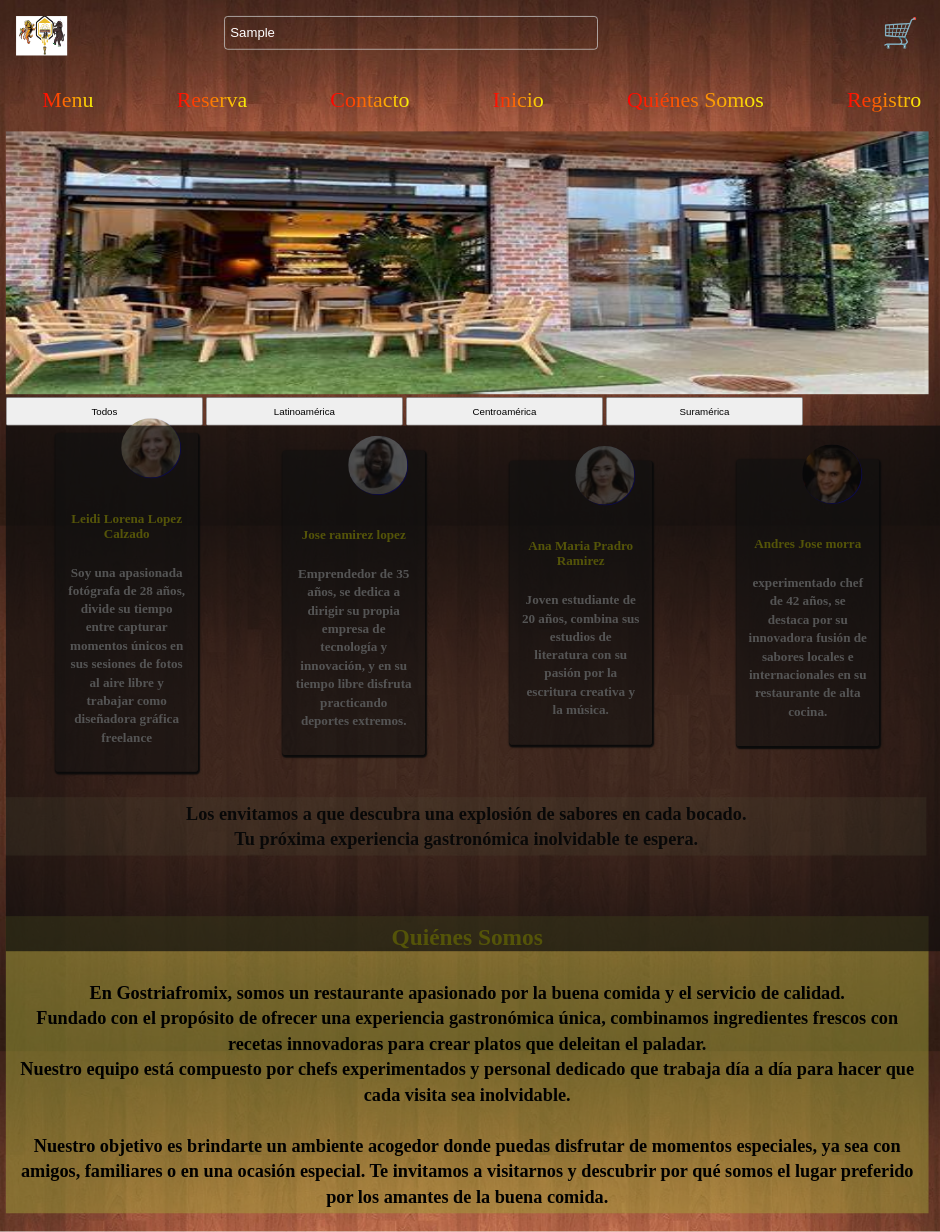
Repository: ye909/app_restaurante
Page: index.html
The author's editor kept a copy of each file at every save. The page is drawn from the files as they stood at one save, then again after the next save.
The browser window is 1280 px wide. The page is 1288 px wide, then 1280 px, then 1288 px, so the pictures cover 1288 px, including what lies to the right of the window. The pictures show the whole page, at 73% of full size.
Empty fields were first filled with sample values (such as "Sample", 5 or name@example.com).
After loading, the first visible `#menu-btn` was clicked once.
Backgrounds fixed to the window are drawn as part of the page.

Above is the page before, as saved 2025-01-12 08:41:12.
Console error: ReferenceError: menuItems is not defined

After the next save:
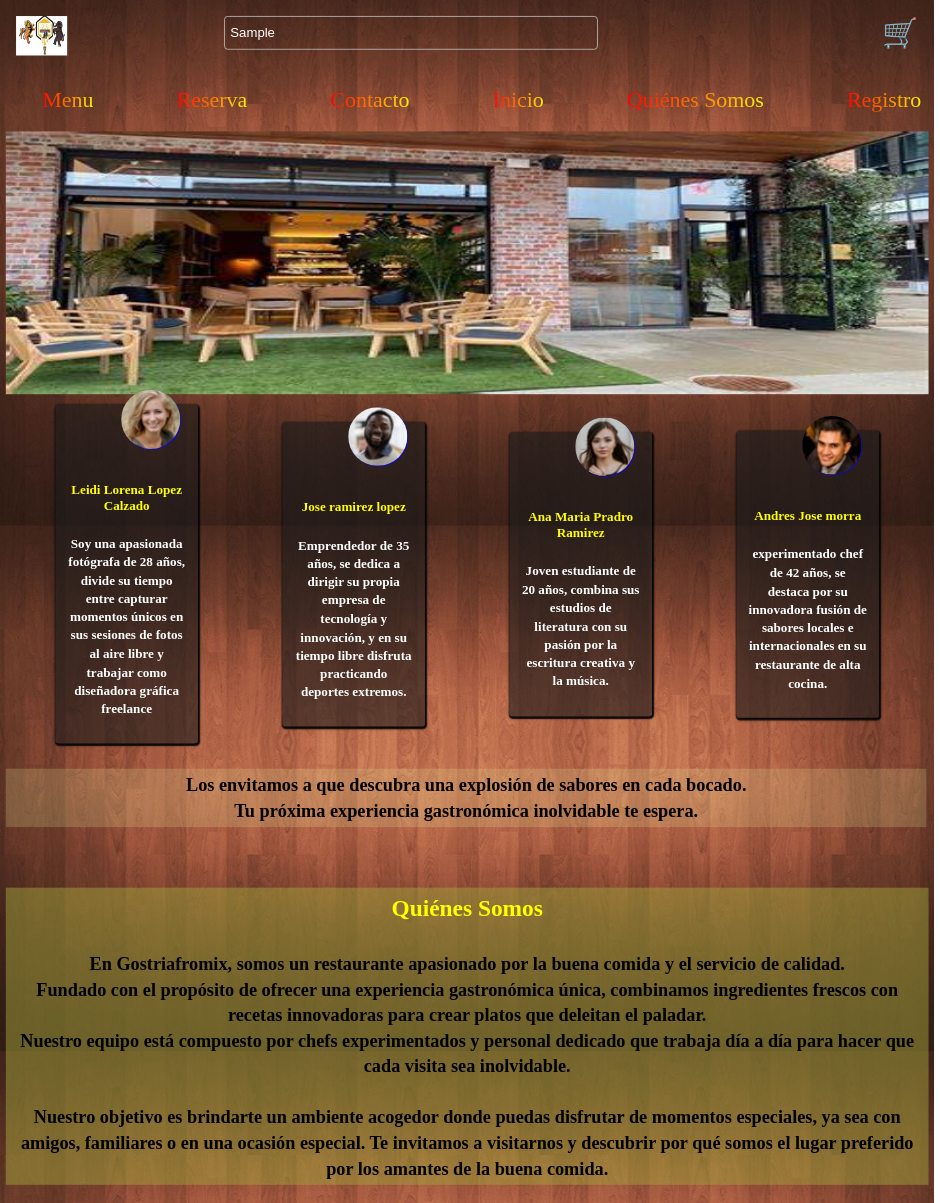
Saved 76 s later.
--- a/js/script.js
+++ b/js/script.js
@@ -7,7 +7,7 @@
   const menuItemsContainer = document.getElementById("menu-items");
   const cartItemsContainer = document.getElementById("cart-items");
   const cartTotal = document.getElementById("cart-total");
-
+  const  imgRestaurante = document.getElementById("  imgRestaurante");
   document.querySelectorAll(".filter").forEach(button => {
     button.addEventListener("click", () => {
       selectedRegion = button.getAttribute("data-region");
@@ -16,6 +16,7 @@
   });
 
   document.getElementById("menu-btn").addEventListener("click", () => {
+    imgRestaurante.display = "none";
     menuView.style.display = "block";
     cartView.style.display = "none";
   });

After the save that followed:
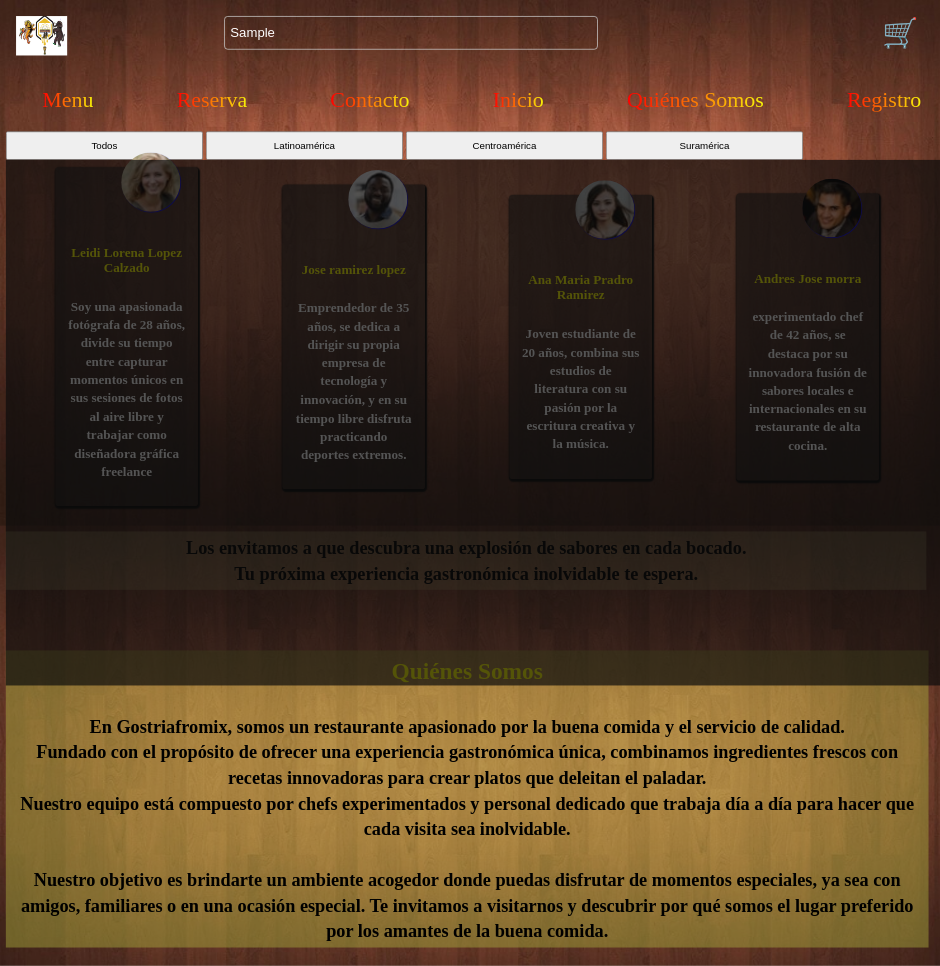
Saved 53 s later.
--- a/js/script.js
+++ b/js/script.js
@@ -7,7 +7,7 @@
   const menuItemsContainer = document.getElementById("menu-items");
   const cartItemsContainer = document.getElementById("cart-items");
   const cartTotal = document.getElementById("cart-total");
-  const  imgRestaurante = document.getElementById("  imgRestaurante");
+
   document.querySelectorAll(".filter").forEach(button => {
     button.addEventListener("click", () => {
       selectedRegion = button.getAttribute("data-region");
@@ -16,9 +16,10 @@
   });
 
   document.getElementById("menu-btn").addEventListener("click", () => {
-    imgRestaurante.display = "none";
+
     menuView.style.display = "block";
     cartView.style.display = "none";
+    const  imgRestaurante = document.getElementById("imgRestaurante").remove()
   });
 
   document.getElementById("cart-btn").addEventListener("click", () => {
